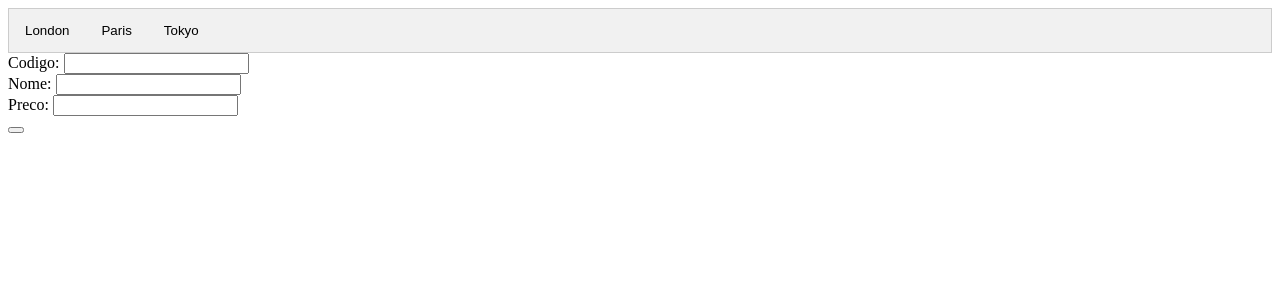
Repository: FelipeCorerato/crud-servlet-java
Page: Livraria/WebContent/Cadastro.html
These files come from the project's save history. The page is drawn as it stood at one moment and after the next save; the edit follows.
The browser window is 1280 px wide. The pictures show the whole page.

Above is the page before, as saved 2019-03-26 14:04:06.

### Livraria/WebContent/Cadastro.html
<!DOCTYPE html>
<html>
	<head>
		<meta charset="UTF-8">
		<title>Insert title here</title>
		<script>
			function openCity(evt, cityName) {
			  // Declare all variables
			  var i, tabcontent, tablinks;

			  // Get all elements with class="tabcontent" and hide them
			  tabcontent = document.getElementsByClassName("tabcontent");
			  for (i = 0; i < tabcontent.length; i++) {
			    tabcontent[i].style.display = "none";
			  }

			  // Get all elements with class="tablinks" and remove the class "active"
			  tablinks = document.getElementsByClassName("tablinks");
			  for (i = 0; i < tablinks.length; i++) {
			    tablinks[i].className = tablinks[i].className.replace(" active", "");
			  }

			  // Show the current tab, and add an "active" class to the button that opened the tab
			  document.getElementById(cityName).style.display = "block";
			  evt.currentTarget.className += " active";
			}
		</script>
		<style>
			.tab {
			  overflow: hidden;
			  border: 1px solid #ccc;
			  background-color: #f1f1f1;
			}

			/* Style the buttons that are used to open the tab content */
			.tab button {
			  background-color: inherit;
			  float: left;
			  border: none;
			  outline: none;
			  cursor: pointer;
			  padding: 14px 16px;
			  transition: 0.3s;
			}

			/* Change background color of buttons on hover */
			.tab button:hover {
			  background-color: #ddd;
			}

			/* Create an active/current tablink class */
			.tab button.active {
			  background-color: #ccc;
			}

			/* Style the tab content */
			.tabcontent {
			  display: none;
			  padding: 6px 12px;
			  border: 1px solid #ccc;
			  border-top: none;
			}
		</style>
	</head>
	<body>
		<div class="tab">
			<button class="tablinks" onclick="openCity(event, 'London')">London</button>
		  	<button class="tablinks" onclick="openCity(event, 'Paris')">Paris</button>
		  	<button class="tablinks" onclick="openCity(event, 'Tokyo')">Tokyo</button>
		</div>

		<!-- Tab content -->
		<div id="London" class="tabcontent">
		 	<h3>London</h3>
		  	<p>London is the capital city of England.</p>
		</div>

		<div id="Paris" class="tabcontent">
		  	<h3>Paris</h3>
		  	<p>Paris is the capital of France.</p>
		</div>

		<div id="Tokyo" class="tabcontent">
		  	<h3>Tokyo</h3>
		  	<p>Tokyo is the capital of Japan.</p>
		</div>

		<form method="GET" action="Cadastro">
			Codigo:
			<input type="text" id="codigo" name="codigo">
            <br>
			Nome:
			<input type="text" id="nome" name="nome">
            <br>
            Preco:
			<input type="text" id="preco" name="preco">
            <br>
            <button type="submit"></button>
		</form>
	</body>
</html>

After the next save:
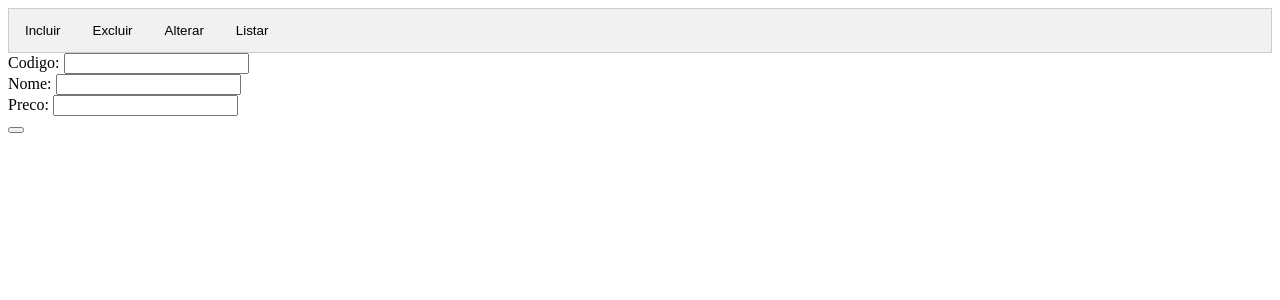
Saved 24 min 51 s later.
--- a/Livraria/WebContent/Cadastro.html
+++ b/Livraria/WebContent/Cadastro.html
@@ -4,7 +4,7 @@
 		<meta charset="UTF-8">
 		<title>Insert title here</title>
 		<script>
-			function openCity(evt, cityName) {
+			function openTab(evt, nomeOperacao) {
 			  // Declare all variables
 			  var i, tabcontent, tablinks;
 
@@ -21,7 +21,7 @@
 			  }
 
 			  // Show the current tab, and add an "active" class to the button that opened the tab
-			  document.getElementById(cityName).style.display = "block";
+			  document.getElementById(nomeOperacao).style.display = "block";
 			  evt.currentTarget.className += " active";
 			}
 		</script>
@@ -64,9 +64,10 @@
 	</head>
 	<body>
 		<div class="tab">
-			<button class="tablinks" onclick="openCity(event, 'London')">London</button>
-		  	<button class="tablinks" onclick="openCity(event, 'Paris')">Paris</button>
-		  	<button class="tablinks" onclick="openCity(event, 'Tokyo')">Tokyo</button>
+			<button class="tablinks" onclick="openCity(event, 'Incluir')">Incluir</button>
+		  	<button class="tablinks" onclick="openCity(event, 'Excluir')">Excluir</button>
+		  	<button class="tablinks" onclick="openCity(event, 'Alterar')">Alterar</button>
+		  	<button class="tablinks" onclick="openCity(event, 'Listar')">Listar</button>
 		</div>
 
 		<!-- Tab content -->
